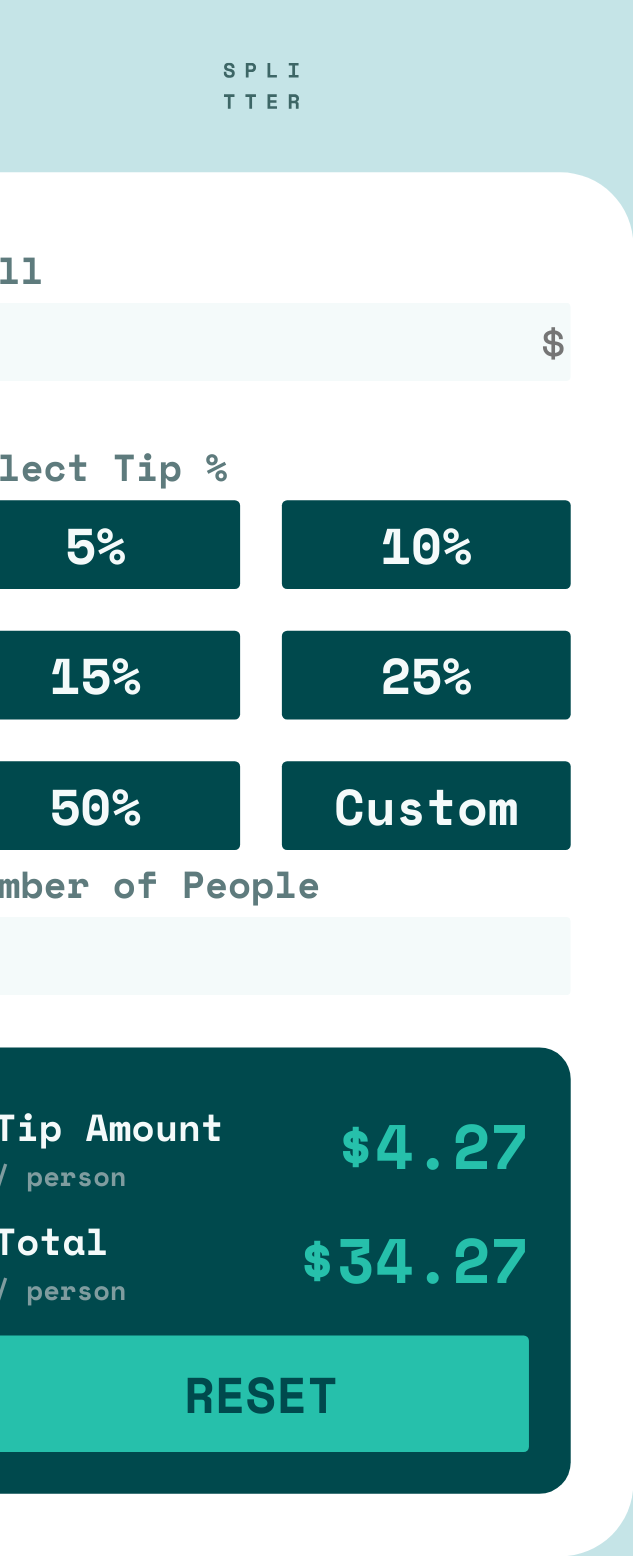
Repository: tomas938/tipcalculator
Page: /
The author's editor kept a copy of each file at every save. The page is drawn from the files as they stood at one save, then again after the next save.
The browser window is 600 px wide. The page is 728 px wide, then 675 px, so the pictures cover 728 px, including what lies to the right of the window. The pictures show the whole page, at 87% of full size.
The project was rebuilt for these pictures with package versions that can differ from the ones it lists, and the page was loaded fresh each time.

Above is the page before, as saved 2021-08-04 10:31:42.

After the next save:
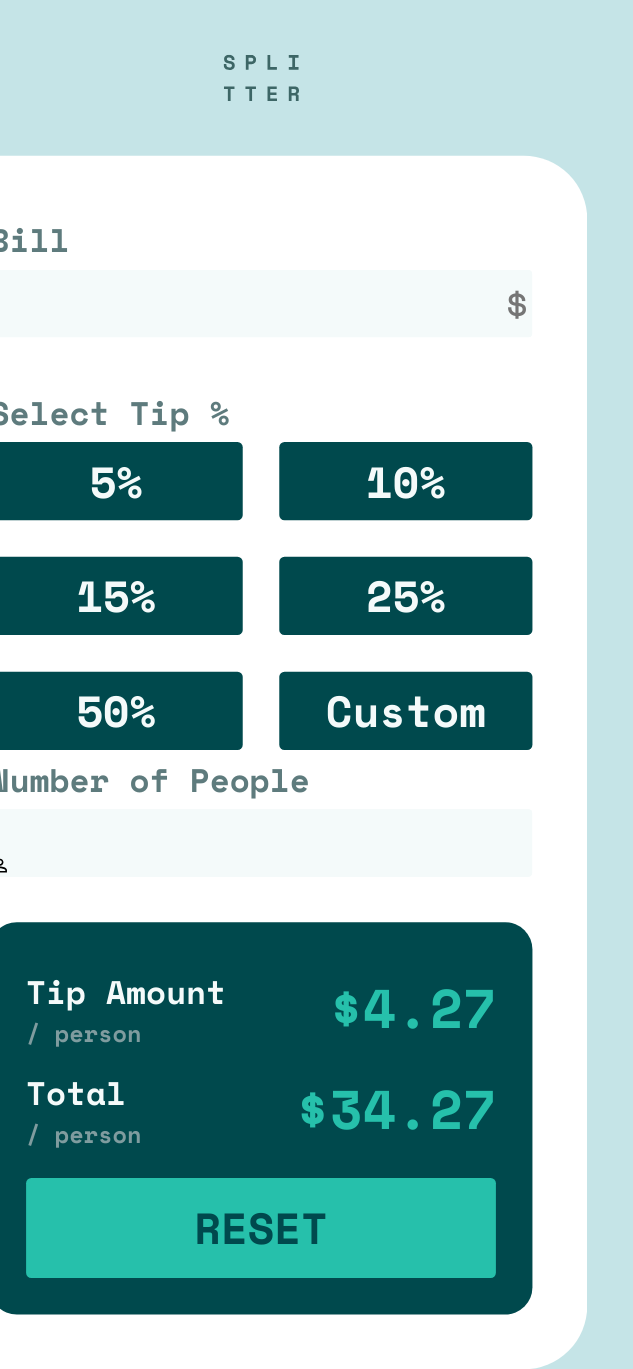
Saved 17 s later.
--- a/src/App.vue
+++ b/src/App.vue
@@ -24,7 +24,7 @@ body {
 html {
 	font-size: 62.5%;
 	@media only screen and (max-width: 760px) {
-		font-size: 150.5%;
+		font-size: 130.5%;
 	}
 }
 </style>
